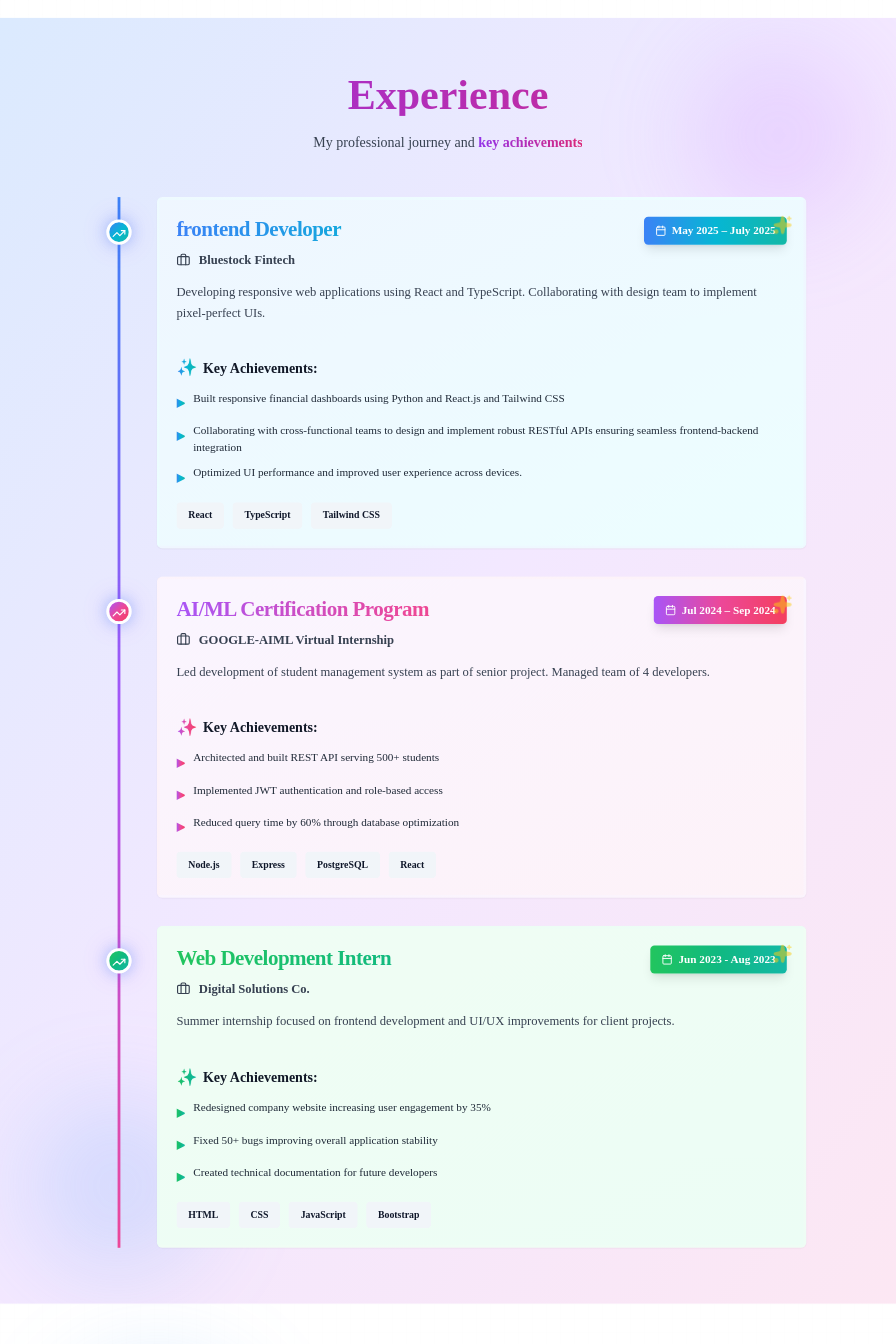
Repository: sm6746/PORTFOLIO
Page: /
The author's editor kept a copy of each file at every save. The page is drawn from the files as they stood at one save, then again after the next save.
The browser window is 1280 px wide. The pictures show the part of the page from y = 3961 to 5881 px (the page is 8311 px tall), at 70% of full size.
The project was rebuilt for these pictures with package versions that can differ from the ones it lists, and the page was loaded fresh each time. Also part of the build but not shown: vite.config.ts.

Above is the page before, as saved 2025-11-07 07:51:26.

After the next save:
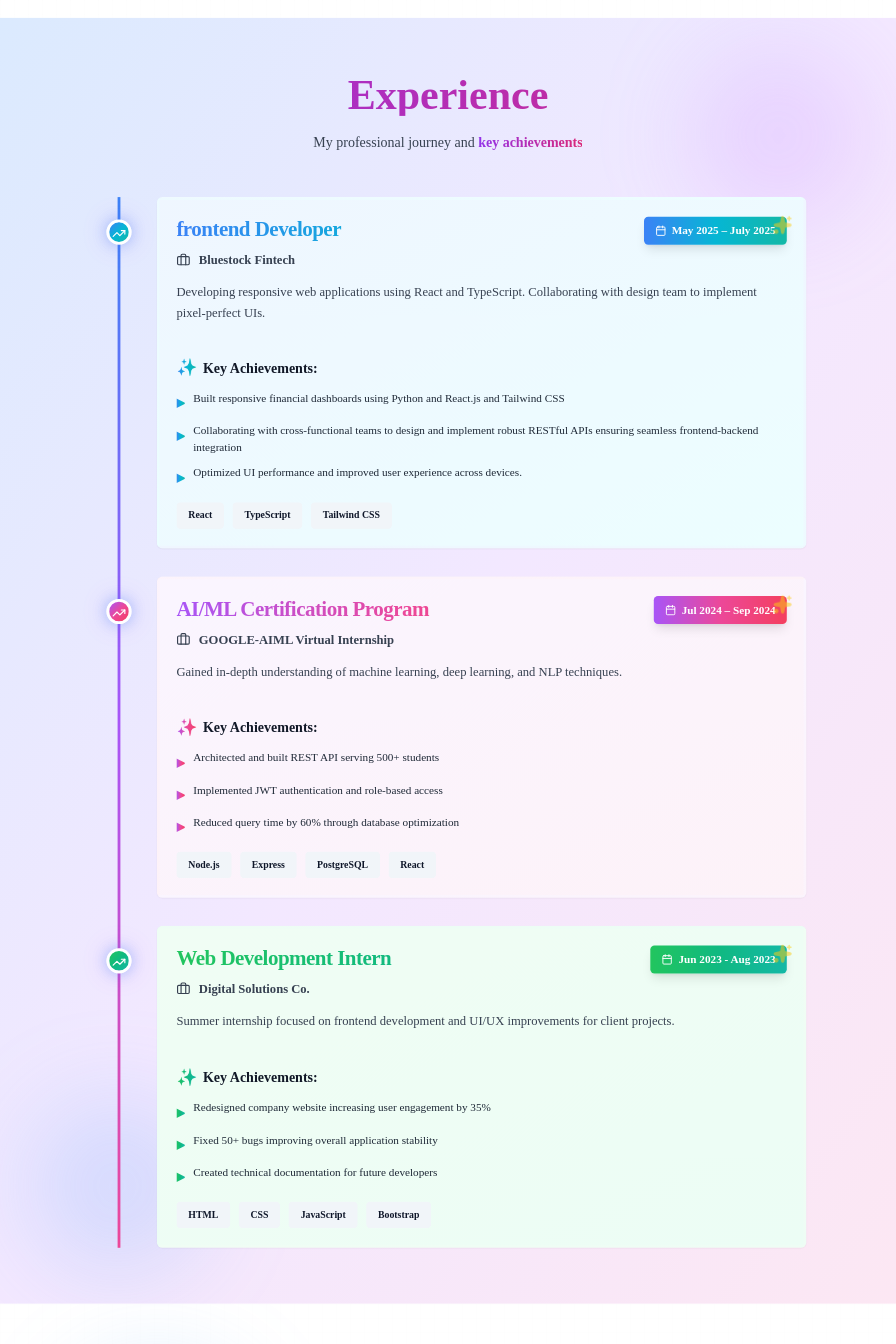
Saved 20 s later.
--- a/components/experience-section.tsx
+++ b/components/experience-section.tsx
@@ -26,7 +26,7 @@ export function ExperienceSection() {
       title: 'AI/ML Certification Program',
       company: 'GOOGLE-AIML Virtual Internship',
       period: 'Jul 2024 – Sep 2024',
-      description: 'Led development of student management system as part of senior project. Managed team of 4 developers.',
+      description: 'Gained in-depth understanding of machine learning, deep learning, and NLP techniques.',
       achievements: [
         'Architected and built REST API serving 500+ students',
         'Implemented JWT authentication and role-based access',
